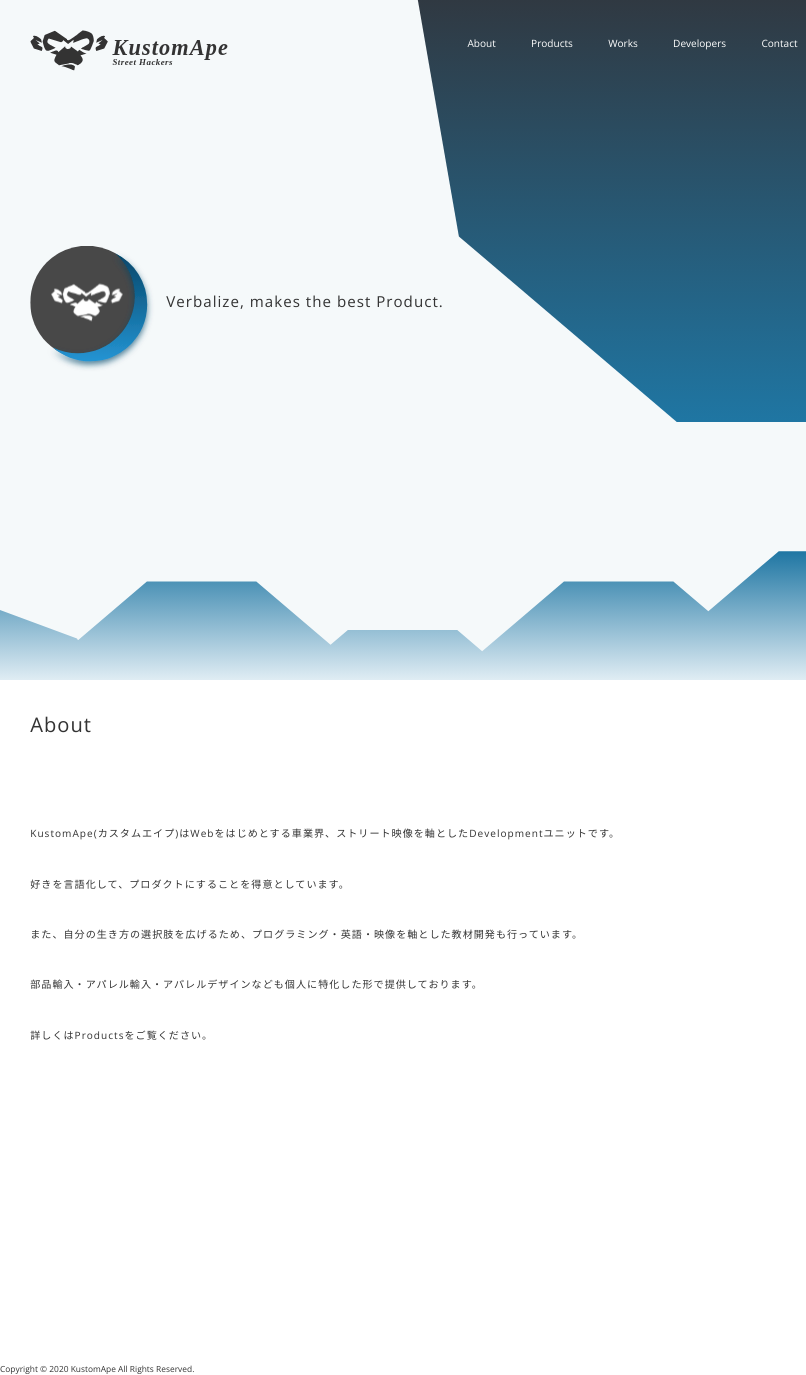
Repository: AirDepot/web
Page: index.html
These files come from the project's save history. The page is drawn as it stood at one moment and after the next save; the edit follows.
The browser window is 1280 px wide. The pictures show the whole page, at 63% of full size.

Above is the page before, as saved 2020-02-11 23:31:57.

### index.html
<!DOCTYPE html>
<html lang="ja">
    <head>
        <meta charset="UTF-8">
        <link href="https://fonts.googleapis.com/css?family=Open+Sans:100,300,400,600" rel="stylesheet" type="text/css">
        <link href="http://code.ionicframework.com/ionicons/2.0.1/css/ionicons.min.css" rel="stylesheet" type="text/css">
        <link type="text/css" rel="stylesheet" href="./assets/css/common.css">
        <title>KustomApe</title>
        <meta name=”keywords” content="Python, Web, 映像, 教材, 開発">
        <meta name=”description” content=”Pythonを使ったプロダクト開発のKustomApe。車業界、ストリート映像を軸としたプロダクトDevelopmentユニット。Web開発、データクローリング、映像・写真、プログラミングの教材開発を行っています。”>
    </head>
    <body>
        <div id="wrap">
            <div id="home">
                <header id="header">
                    <h1 id="logo"><a href="#home"><img src="./assets/img/main_logo.svg" alt="KustomApe"></a></h1>
                    <nav id="nav">
                        <ul id="navigations">
                            <li><a href="#about">About</a></li>
                            <li><a href="#products">Products</a></li>
                            <li><a href="#works">Works</a></li>
                            <li><a href="#hackers">Developers</a></li>
                            <li><a href="#contact">Contact</a></li>
                        </ul>
                    </nav>
                </header>
                <div id="header_contents">
                    <p id="ape_icon"><img src="./assets/img/ape_icon.svg" alt="Apeのアイコン画像"></p>
                    <h2 id="concept">Verbalize, makes the best Product.</h2>
                </div>
            </div>
            <div id="about">
                <h3 class="section_titles">About</h3>
                <p id="about_kustomape">KustomApe(カスタムエイプ)はWebをはじめとする車業界、ストリート映像を軸としたDevelopmentユニットです。<br />
                好きを言語化して、プロダクトにすることを得意としています。<br />
                また、自分の生き方の選択肢を広げるため、プログラミング・英語・映像を軸とした教材開発も行っています。<br />
                部品輸入・アパレル輸入・アパレルデザインなども個人に特化した形で提供しております。<br />
                詳しくはProductsをご覧ください。</p>
            </div>
            <div id="products">

            </div>
            <div id="works">

            </div>
            <div id="developers">

            </div>
            <div id="contact">

            </div>
            <footer>
                <small>Copyright &copy; 2020 KustomApe All Rights Reserved.</small>
            </footer>
        </div>
    </body>
</html>

### assets/css/common.css
/**********************************************
*** GENERAL
**********************************************/

* {
    margin: 0;
    padding: 0;
    box-sizing: border-box;
}

.clearfix::after {
    content: "";
    display: table;
    clear: both;
}

html {
    overflow: auto;
}

body {
    color: #333;
    font-family: Open Sans, Arial, Helvetica, sans-serif;
    overflow: hidden;
}

ul {
    list-style: none;
}

a {
    text-decoration: none;
}

div#wrap {
    width: 100%;
    margin-top: -3rem;
}

div#home {
    width: 100%;
    height: 1080px;
    background-image: url(../img/wrap_bg.svg);
    background-position: center top;
    background-repeat: no-repeat;
    background-size: cover;
}

header#header {
    width: 100%;
    height: 150px;
    margin-left: 3rem;
}

header#header h1#logo {
    width: 500px;
    margin-top: 3rem;
}

h1#logo img {
    margin-top: 3rem;
    width: 350px;
}

nav#nav {
    margin-top: -4rem;
}

nav#nav ul#navigations {
    display: flex;
    justify-content: center;
    align-items: center;
    list-style: none;
    margin-left: 43rem;
}

nav#nav ul#navigations li {
    padding-right: 3.5rem;
}

nav#nav ul#navigations li a {
    color: #fff;
}

div#header_contents {
    display: inline-flex;
    margin-left: 3rem;
    padding: 15rem 0;
}

div#header_contents h2#concept {
    padding: 4.5rem 1rem;
    letter-spacing: 0.1rem;
    font-weight: 100;
    font-size: 1.5rem;
}

div#header_contents p#ape_icon img {
    width: 200px;
}

div#about {
    width: 100%;
    height: 1080px;
}

div#about h3 {
    font-size: 2rem;
    font-weight: 500;
    padding-top: 3rem;
    margin-left: 3rem;
    letter-spacing: 0.1rem;
}

div#about p#about_kustomape {
    padding-top: 7rem;
    margin-left: 3rem;
    font-size: 1rem;
    letter-spacing: 0.1rem;
    line-height: 5rem;
}

After the next save:
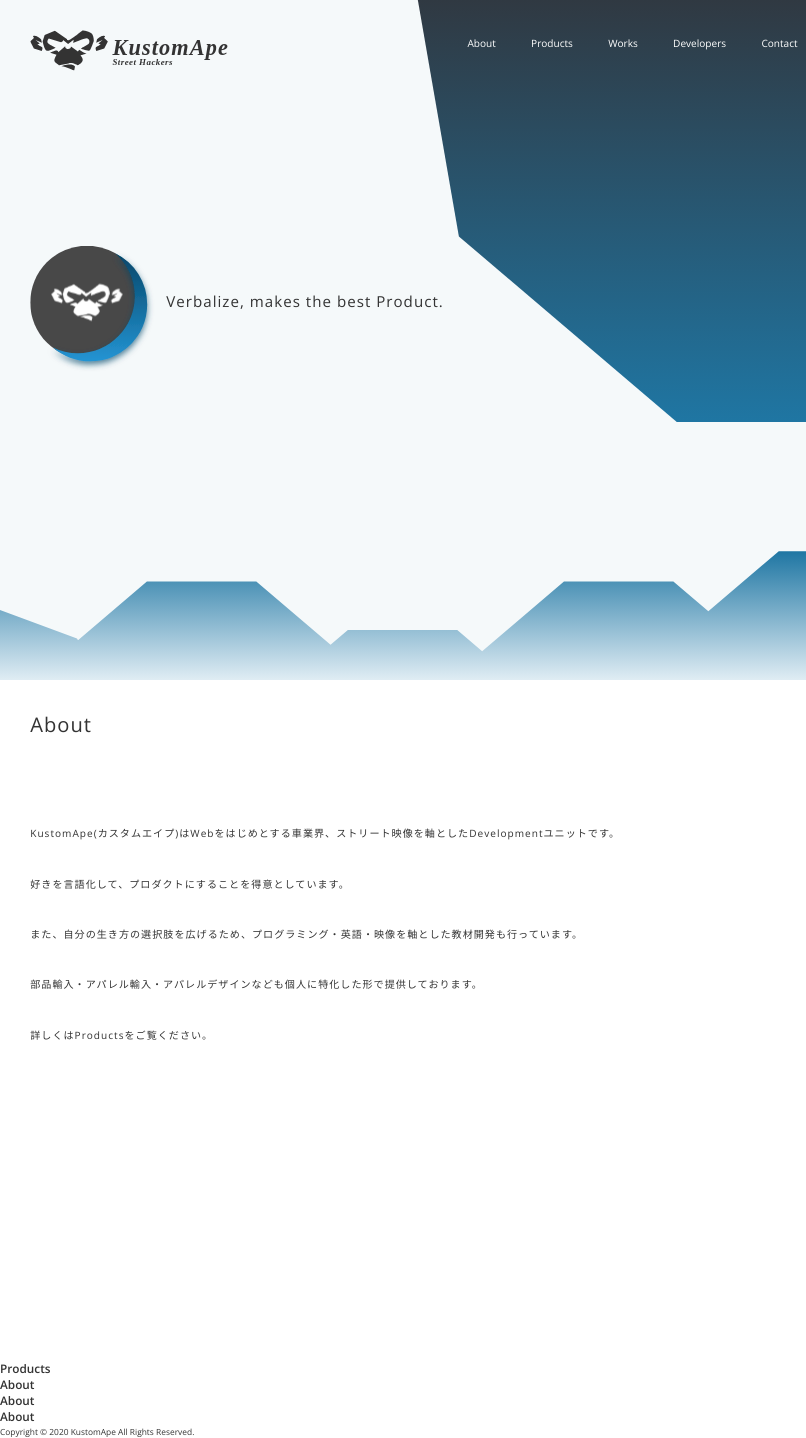
Saved 15 s later.
--- a/index.html
+++ b/index.html
@@ -38,15 +38,20 @@
                 詳しくはProductsをご覧ください。</p>
             </div>
             <div id="products">
+                <h3 class="section_titles">Products</h3>
+
 
             </div>
             <div id="works">
+                <h3 class="section_titles">About</h3>
 
             </div>
             <div id="developers">
+                <h3 class="section_titles">About</h3>
 
             </div>
             <div id="contact">
+                <h3 class="section_titles">About</h3>
 
             </div>
             <footer>
